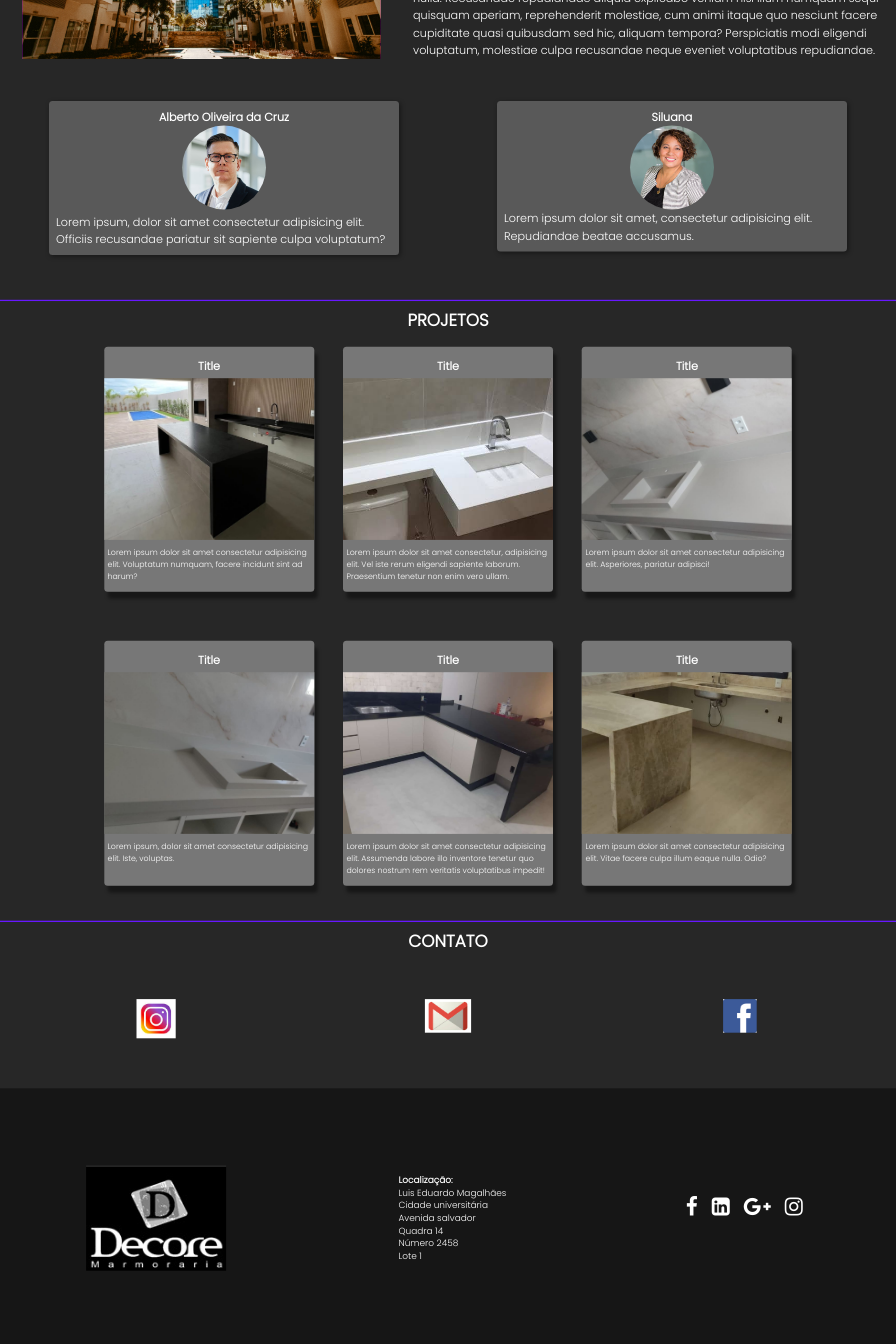
Repository: XFERRER7/projeto-xt7
Page: projetoMarmoraria/index.html
An editor plug-in stored every save of this project. The page is shown before and after the next save, followed by the edit.
The browser window is 1280 px wide. The pictures show the part of the page from y = 1035 to 2955 px (the page is 2979 px tall), at 70% of full size.
Some web libraries are served in a nearby version.

Above is the page before, as saved 2022-05-09 18:19:37.

### projetoMarmoraria/index.html
<!DOCTYPE html>
<html lang="pt-br">

<head>
  <meta charset="UTF-8">
  <meta http-equiv="X-UA-Compatible" content="IE=edge">
  <meta name="viewport" content="width=device-width, initial-scale=1.0">
  <title>Marmoraria Decore</title>
  <link rel="stylesheet" href="css/style.css">
  <link rel="stylesheet" href="https://cdnjs.cloudflare.com/ajax/libs/font-awesome/6.1.1/css/all.min.css"
    integrity="sha512-KfkfwYDsLkIlwQp6LFnl8zNdLGxu9YAA1QvwINks4PhcElQSvqcyVLLD9aMhXd13uQjoXtEKNosOWaZqXgel0g=="
    crossorigin="anonymous" referrerpolicy="no-referrer" />
  <link rel="stylesheet" href="https://cdnjs.cloudflare.com/ajax/libs/font-awesome/6.1.1/css/solid.min.css"
    integrity="sha512-qzgHTQ60z8RJitD5a28/c47in6WlHGuyRvMusdnuWWBB6fZ0DWG/KyfchGSBlLVeqAz+1LzNq+gGZkCSHnSd3g=="
    crossorigin="anonymous" referrerpolicy="no-referrer" />
  <link rel="stylesheet" href="https://cdnjs.cloudflare.com/ajax/libs/font-awesome/4.7.0/css/font-awesome.min.css" />

</head>

<body>

  <!-- ----------------------------------------------------------------------------------------------------------------- -->


  <!-- HEADER -->
  <header>
    <nav>
      <a class="logo" href="#">MARMORARIA <span id="decore">DECORE</span></a>
      <div class="mobile-menu">
        <div class="line1"></div>
        <div class="line2"></div>
        <div class="line3"></div>
      </div>
      <ul class="nav-list">
        <li><a href="#">Início</a></li>
        <li><a href="#">Sobre</a></li>
        <li><a href="#">Projetos</a></li>
        <li><a href="#">Contato</a></li>
      </ul>
    </nav>
    <div class="hero-section">
      <div class="hero-section-text">
        <h1 id="titulo-header">MARMORES SOB MEDIDA</h1>
        <p id="paragrafo-header">Lorem ipsum, dolor sit amet consectetur adipisicing elit.</p>
      </div>
    </div>
  </header>
  <!-- FIM DO HEADER -->


  <!-- ----------------------------------------------------------------------------------------------------------------- -->


  <!-- MAIN -->
  <main>

    <!-- SECTION B -->
    <section class="section-b">
      <h1 id="section-b-h1">SOBRE</h1>


      <!-- SOBRE PARA CELULAR -->
      <div class="cel">
        <div class="card" id="card-1"></div>
        <p class="text-sobre">Lorem ipsum dolor sit amet consectetur adipisicing elit. Aspernatur maxime illo architecto
          repellendus. Voluptatum ab magnam nihil suscipit, error quod iste dicta, quisquam fugiat, veritatis veniam
          aspernatur modi! Commodi aut officia optio reprehenderit hic sunt aspernatur ipsam minus, dicta qui omnis,
          ratione voluptatem quas sint labore. Temporibus id distinctio asperiores natus omnis earum amet. Obcaecati
          atque, a placeat necessitatibus dolorum labore rerum veritatis adipisci unde itaque iusto, voluptate quis
          tenetur voluptatibus doloremque at voluptates commodi! Ex recusandae repellat iste modi sapiente? Minus, ullam
          ad quia pariatur delectus quaerat velit sit labore aspernatur consequuntur possimus ipsum ipsam, vero ea
          expedita in sequi? Consequuntur iusto repellendus minus hic velit eum, veritatis molestias, sequi, laborum
          nisi consequatur. Dolore, amet placeat. Molestias molestiae aperiam soluta voluptatum odit voluptatem atque,
          repellendus asperiores maiores libero. Nulla odio alias reiciendis dolore cum deleniti beatae autem molestias
          earum minima accusamus nesciunt nostrum quos fugiat cupiditate molestiae, veniam doloremque.</p>
      </div>


      <!-- SOBRE PARA TELAS MAIORES -->
      <div class="imgtext">
        <div id="imgtext-img">
          <div id="content-imgtext-img"></div>
        </div>
        <div id="imgtext-text">
          <div id="content-imgtext-text">
            <p id="content-imgtext-text-p">Lorem ipsum dolor sit amet consectetur adipisicing elit. Odio non, itaque
              quae ut voluptas culpa quod amet dignissimos repellat consequuntur atque enim, nobis, commodi rerum. Quae
              iste repellat voluptatibus dignissimos numquam magnam et vel ratione temporibus, esse nihil eveniet a
              aperiam saepe enim debitis provident! Iure a accusantium voluptate doloribus, velit qui eum porro dicta
              ipsam quos facilis, id officiis molestiae est atque tempora, provident itaque explicabo voluptatem fugiat
              neque inventore eligendi. Reprehenderit fugit quod ratione fugiat inventore facere possimus fuga maiores
              recusandae, illum quaerat dolorum unde ipsa dolore asperiores alias nemo temporibus porro quam autem
              voluptate cumque velit optio nulla. Recusandae repudiandae aliquid explicabo veniam nisi illum numquam
              sequi quisquam aperiam, reprehenderit molestiae, cum animi itaque quo nesciunt facere cupiditate quasi
              quibusdam sed hic, aliquam tempora? Perspiciatis modi eligendi voluptatum, molestiae culpa recusandae
              neque eveniet voluptatibus repudiandae.</p>
          </div>
        </div>

      </div>

      <div class="container-about-person">

        <div class="about-person">
          <h4>Alberto Oliveira da Cruz</h4>
          <div class="img-person" id="person-1"></div>
          <p class="p-about-person">Lorem ipsum, dolor sit amet consectetur adipisicing elit. Officiis recusandae
            pariatur sit sapiente culpa voluptatum?</p>
        </div>

        <div class="about-person">
          <h4>Siluana</h4>
          <div class="img-person" id="person-2"></div>
          <p>Lorem ipsum dolor sit amet, consectetur adipisicing elit. Repudiandae beatae accusamus.</p>
        </div>

      </div>
    </section>


    <div class="divisa"></div>


    <!-- SECTION A -->
    <section class="section-a">
      <h1 id="section-a-h1">PROJETOS</h1>

      <!-- Container dos cards -->
      <div class="container-cards-main">

        <!-- Card 1 -->
        <div class="card-main">
          <h4 class="title-card">Title</h4>
          <div id="card-img-1"></div>
          <p class="descricao-card">Lorem ipsum dolor sit amet consectetur adipisicing elit. Voluptatum numquam, facere
            incidunt sint ad harum?</p>
        </div>

        <!-- Card 2 -->
        <div class="card-main">
          <h4 class="title-card">Title</h4>
          <div id="card-img-2"></div>
          <p class="descricao-card">Lorem ipsum dolor sit amet consectetur, adipisicing elit. Vel iste rerum eligendi
            sapiente laborum. Praesentium tenetur non enim vero ullam.</p>
        </div>

        <!-- Card 3 -->
        <div class="card-main">
          <h4 class="title-card">Title</h4>
          <div id="card-img-3"></div>
          <p class="descricao-card">Lorem ipsum dolor sit amet consectetur adipisicing elit. Asperiores, pariatur
            adipisci!</p>
        </div>

        <!-- Card 4 -->
        <div class="card-main">
          <h4 class="title-card">Title</h4>
          <div id="card-img-4"></div>
          <p class="descricao-card">Lorem ipsum, dolor sit amet consectetur adipisicing elit. Iste, voluptas.</p>
        </div>

        <!-- Card 5 -->
        <div class="card-main">
          <h4 class="title-card">Title</h4>
          <div id="card-img-5"></div>
          <p class="descricao-card">Lorem ipsum dolor sit amet consectetur adipisicing elit. Assumenda labore illo
            inventore tenetur quo dolores nostrum rem veritatis voluptatibus impedit!</p>
        </div>

        <!-- Card 6 -->
        <div class="card-main">
          <h4 class="title-card">Title</h4>
          <div id="card-img-6"></div>
          <p class="descricao-card">Lorem ipsum dolor sit amet consectetur adipisicing elit. Vitae facere culpa illum
            eaque nulla. Odio?</p>
        </div>
      </div>
    </section>



    <div class="divisa"></div>


    <!-- SECTION C -->
    <section class="section-c">
      <h1 id="section-c-h1">CONTATO</h1>
      <div id="main-div-img">
        <a href="#" target="_blank" class="media"><img src="img/logo-instagram.jpg" alt="insta-img" class="div-img"></a>
        <a href="#" target="_blank" class="media"><img src="img/logo-gmail.jpg" alt="gmail-img" class="div-img"></a>
        <a href="#" target="_blank" class="media"><img src="img/logo-facebook.png" alt="face-img" class="div-img"
            id="img-face"></a>
      </div>
    </section>

  </main>
  <!-- FIM DO MAIN -->

  <!-- ----------------------------------------------------------------------------------------------------------------- -->

  <footer>
    <div class="container-footer">

      <div class="footer-up">
        <div class="footer-a block-footer-up">
          <div id="img-footer"></div>
        </div>
        <div class="footer-b block-footer-up">
          <h4>Localização:</h4>
          <p class="footer-b-p">Luis Eduardo Magalhães</p>
          <p class="footer-b-p">Cidade universitária</p>
          <p class="footer-b-p">Avenida salvador</p>
          <p class="footer-b-p">Quadra 14</p>
          <p class="footer-b-p">Número 2458</p>
          <p class="footer-b-p">Lote 1</p>
        </div>
        <div class="footer-c block-footer-up">
          <ul class="footer-c-list">
            <li><a href="#" class="medias"><i class="fa fa-facebook"></i></a></li>
            <li><a href="#" class="medias"><i class="fa fa-linkedin-square"></i></a></li>
            <li><a href="#" class="medias"><i class="fa fa-google-plus"></i></a></li>
            <li><a href="#" class="medias"><i class="fa fa-instagram"></i></a></li>
        </ul>
        </div>
      </div>

      <div id="footer-sub">
        <p>Copyright &copy; Desenvolvido por <span>Alexandre Talles</span></p>
      </div>






    </div>
  </footer>
  <script src="js/menu-bar.js"></script>
  <script src="js/changeText.js"></script>

</body>

</html>

### projetoMarmoraria/css/style.css
@import url('https://fonts.googleapis.com/css2?family=Poppins:ital,wght@0,300;1,100&display=swap');
@import url('https://fonts.googleapis.com/css2?family=Barlow:ital,wght@1,500&display=swap');

* {
  margin: 0;
  padding: 0;
  box-sizing: border-box;
  font-family: 'Poppins', sans-serif;
}

body {
  background-color: #272727;
  color: #ffffff;
}

::-webkit-scrollbar {
  width: 15px;
}

::-webkit-scrollbar-track {
  background: #000000;

}

::-webkit-scrollbar-thumb {
  background: rgb(154, 2, 255);
  border-radius: 3px;
}

/*----------------------------------MENU-BAR----------------------------------*/
nav a {
  color: rgb(37, 37, 37);
  text-decoration: none;
  transition: 0.8s;
}

nav a:hover {
  color: blue;
  opacity: 0.7;
}

.logo {
  font-size: 1.5em;
  text-transform: uppercase;
  color: rgb(26, 26, 26);
}

#decore {
  font-family: 'Barlow', sans-serif;
  color: #6817ff;
}

nav {
  display: flex;
  justify-content: space-around;
  align-items: center;
  font-family: 'Poppins', sans-serif;
  background: #ededed;
  height: 10vh;
  position: sticky;
  top: 0;
}


.nav-list {
  list-style: none;
  display: flex;
}

.nav-list li {
  letter-spacing: 3px;
  margin-left: 32px;
}

.mobile-menu {
  display: none;
  cursor: pointer;
}

.mobile-menu div {
  width: 32px;
  height: 2px;
  background: rgb(20, 24, 255);
  margin: 8px;
  transition: 0.3s;
}

@media (max-width: 999px) {
  body {
    overflow-x: hidden;
  }

  .nav-list {
    overflow-x: hidden;
    position: fixed;
    top: 10vh;
    right: 0;
    width: 50vw;
    height: 40vh;
    background: #ededed;
    flex-direction: column;
    align-items: center;
    justify-content: space-around;
    transform: translateX(100%);
    transition: transform 0.3s ease-in;
  }

  .nav-list li {
    margin-left: 0;
    opacity: 0;
  }

  .mobile-menu {
    display: block;
  }
}

@media (max-width: 300px) {
  .logo {
    font-size: 0.8rem;
  }
}

.nav-list.active {
  transform: translateX(0);
}

@keyframes navLinkFade {
  from {
    opacity: 0;
    transform: translateX(50px);
  }

  to {
    opacity: 1;
    transform: translateX(0);
  }
}

.mobile-menu.active .line1 {
  transform: rotate(-45deg) translate(-8px, 8px);
}

.mobile-menu.active .line2 {
  opacity: 0;
}

.mobile-menu.active .line3 {
  transform: rotate(45deg) translate(-5px, -7px);
}

/*------------------------------IMAGEM DO HEADER------------------------------*/
.hero-section {
  background-image: linear-gradient(to bottom, rgba(0, 0, 0, 0.516), rgba(0, 0, 0, 0.516)), url(../img/img-header.jpg);
  background-position: 50%;
  background-repeat: no-repeat;
  background-size: cover;
  height: 90vh;
  text-align: center;
  display: -webkit-flex;
  display: -ms-flexbox;
  display: flex;
  -webkit-align-items: center;
  -ms-flex-align: center;
  align-items: center;
  -webkit-justify-content: center;
  -ms-flex-pack: center;
  justify-content: center;
}

#titulo-header {
  font-size: 2.3rem;
}

#paragrafo-header {
  font-size: 0.8rem;
}

.hero-section .hero-section-text {
  color: #fefefe;
  text-shadow: 1px 1px 2px #0a0a0a;
}


main {
  margin: 0;
  padding: 0;
  width: 100%;
}

/*------------------------------------Sobre------------------------------------*/

.section-b {
  background-color: #272727;
  color: #ffffff;
  margin-bottom: 5%;
}

#section-b-h1 {
  text-align: center;
  padding-top: 10px;
}

.imgtext {
  display: flex;
  margin-top: 10px;
  margin-bottom: 10px;
  height: 55%;
  margin-top: 30px;
}

#imgtext-img {
  width: 50%;
}

#imgtext-text {
  height: 100%;
  width: 50%;

}

#content-imgtext-img {
  background-color: #cd06ff;
  background-image: url(../img/img-sobre.jpg);
  background-position: center;
  background-repeat: no-repeat;
  background-size: cover;
  height: 100%;
  width: 80%;
  margin-left: 5%;
}

#content-imgtext-text {
  margin-left: -50px;
}



@media (max-width: 999px) {

  .imgtext {
    display: none;
  }

  div.card {
    width: 90%;
    height: 250px;
    background-color: #000000;
    margin: 10px 20px 0px 0px;
    background-size: cover;
    background-position: center center;
    border-radius: 5px;
  }

  div.card:hover {
    transform: scale(1.05);
    transition: all 0.5s ease-in-out;
  }

  #card-1 {
    background-image: url(../img/img-sobre.jpg);
    margin-left: 20px;
  }

  .text-sobre {
    padding: 1.2rem;
    margin: auto;
  }


}

@media (min-width: 999px) {
  .card {
    display: none;
  }

  .cel {
    display: none;
  }

}

.divisa {
  height: 2px;
  background-color: #6817ff;
}

.container-about-person {
  display: flex;
  flex-wrap: wrap;
  margin-top: 45px;
}

.about-person {
  background-color: #a1a1a169;
  box-shadow: 2px 2px 8px rgba(0, 0, 0, 0.438);
  border-radius: 5px;
  min-height: 200px;
  width: 500px;
  margin: auto;
  display: flex;
  align-items: center;
  justify-content: center;
  flex-direction: column;
  padding: 10px;
  margin-top: 15px;
}

.img-person {
  background-position: center top;
  background-repeat: no-repeat;
  background-size: cover;
  border-radius: 50%;
  width: 120px;
  height: 120px;
}

.p-about-person {
  margin-top: 5px;
}

/*Arrumar img-person*/

#person-1 {
  background-image: url(../img/ceo-1.jpg);
}

#person-2 {
  background-image: url(../img/ceo-2.jpg);
  background-position: center;
}

/*------------------------------Projetos------------------------------*/

.section-a {
  background-color: #272727;
}

#section-a-h1 {
  text-align: center;
  padding-top: 10px;
}

.container-cards-main {
  width: 80%;
  margin: auto;
  display: flex;
  flex-wrap: wrap;
}

.card-main {
  height: 350px;
  background-color: #cfcfcf7a;
  width: 300px;
  margin: 20px auto;
  margin-bottom: 50px;
  border-radius: 5px;
  padding: 10px 0px 10px 0px;
  box-shadow: 5px 10px 5px rgba(0, 0, 0, 0.404);
  transition: all 0.8s ease;

}

.card-main:hover {
  transform: scale(1.03);
}


.title-card {
  padding: 5px;
  text-align: center;
}

.descricao-card {
  padding: 10px 5px 10px 5px;
  font-size: 0.7rem;

}

#card-img-1 {
  height: 70%;
  background-image: url(../img/1.jpeg);
  background-position: center center;
  background-repeat: no-repeat;
  background-size: cover;
}

#card-img-2 {
  height: 70%;
  background-image: url(../img/2.jpeg);
  background-position: center center;
  background-repeat: no-repeat;
  background-size: cover;
}

#card-img-3 {
  height: 70%;
  background-image: url(../img/3.jpeg);
  background-position: center center;
  background-repeat: no-repeat;
  background-size: cover;
}

#card-img-4 {
  height: 70%;
  background-image: url(../img/4.jpeg);
  background-position: bottom center;
  background-repeat: no-repeat;
  background-size: cover;
}

#card-img-5 {
  height: 70%;
  background-image: url(../img/5.jpeg);
  background-position: center center;
  background-repeat: no-repeat;
  background-size: cover;
}

#card-img-6 {
  height: 70%;
  background-image: url(../img/6.jpeg);
  background-position: center center;
  background-repeat: no-repeat;
  background-size: cover;
}

@media (max-width: 999px) {
  .card-main {
    height: 450px;
    width: 400px;


  }

}

/*-----------------------------------Contato-----------------------------------*/

.section-c {
  background-color: #272727;

}

#section-c-h1 {
  text-align: center;
  padding-top: 10px;
  margin-bottom: 50px;
}

#main-div-img {
  display: grid;
  grid-template-columns: repeat(3, 1fr);
  justify-items: center;
  padding: 15px;
  margin-bottom: 50px;
}

.div-img {
  display: inline-block;
  width: 25%;
  text-align: center;
}

.div-linha {
  height: 2px;
  width: 100%;
}

.media {
  text-align: center;
}

/*-----------------------------------Footer-----------------------------------*/

.container-footer {
  background-color: #0a0a0a;
  color: #fff;
  font-size: 0.8rem;
  display: flex;
  align-items: center;
  justify-content: center;
  flex-direction: column;
}

.footer-up {
  background-color: #161616;
  height: 98%;
  width: 100%;
  display: flex;
  align-items: center;
  flex-direction: row;
}

.block-footer-up {
  padding: 10px;
  margin: 100px auto;
}

#footer-sub {
  background-color: #6817ff;
  width: 100%;
  text-align: center;
}

#img-footer {
  background-image: url(../img/img-footer.jpeg);
  background-repeat: no-repeat;
  background-position: center;
  background-size: cover;
  height: 150px;
  width: 200px;
}

.footer-c-list {
  list-style: none;
  display: flex;
  align-items: center;
  justify-content: center;
  margin: 1rem 0 3rem 0;
}

.footer-c-list li {
  margin: 0 10px;
}

.footer-c-list a {
  color: #ffffff;
  text-decoration: none;
}

.footer-c-list a:hover i {
  color: #f01872;
  transition: 0.5s ease;
}

.medias {
  font-size: 30px;
}

@media (max-width: 999px) {
  .footer-up {
    flex-direction: column;
  }

  .block-footer-up {
    padding: 10px;
    margin: 10px auto;
  }

}

### projetoMarmoraria/js/menu-bar.js
class MobileNavbar {
  constructor(mobileMenu, navList, navLinks) {
    this.mobileMenu = document.querySelector(mobileMenu);
    this.navList = document.querySelector(navList);
    this.navLinks = document.querySelectorAll(navLinks);
    this.activeClass = "active";

    this.handleClick = this.handleClick.bind(this);
  }

  animateLinks() {
    this.navLinks.forEach((link, index) => {
      link.style.animation
        ? (link.style.animation = "")
        : (link.style.animation = `navLinkFade 0.5s ease forwards ${
            index / 7 + 0.3
          }s`);
    });
  }

  handleClick() {
    this.navList.classList.toggle(this.activeClass);
    this.mobileMenu.classList.toggle(this.activeClass);
    this.animateLinks();
  }

  addClickEvent() {
    this.mobileMenu.addEventListener("click", this.handleClick);
  }

  init() {
    if (this.mobileMenu) {
      this.addClickEvent();
    }
    return this;
  }
}

const mobileNavbar = new MobileNavbar(
  ".mobile-menu",
  ".nav-list",
  ".nav-list li",
);
mobileNavbar.init();

### projetoMarmoraria/js/changeText.js
function mudarTextoLbl1() {
  document.getElementById('descricao').textContent = "Lorem ipsum dolor sit amet consectetur adipisicing elit. Hic, nisi exercitationem harum officia facilis nihil vitae eligendi provident architecto quis quod unde quas incidunt assumenda corporis iste repudiandae esse voluptatibus?";
}
function mudarTextoLbl2() {
  document.getElementById('descricao').textContent = "Lorem ipsum dolor sit, amet consectetur adipisicing elit. Sapiente distinctio ipsa incidunt non exercitationem laboriosam animi id accusamus placeat, commodi, veniam rerum ut! Fugiat tenetur unde nihil minima fuga veniam odio nulla pariatur eum reiciendis.";
}
function mudarTextoLbl3() {
  document.getElementById('descricao').textContent = "Lorem ipsum dolor sit amet consectetur adipisicing elit. Quas nisi saepe nobis? Maxime blanditiis illo animi tempora maiores expedita qui eum, iusto, ratione odit quia repellendus delectus voluptate nobis nam tenetur, officiis magnam quisquam fugiat dicta nisi id natus. Magnam.";
}
function mudarTextoLbl4() {
  document.getElementById('descricao').textContent = "Lorem ipsum dolor sit amet, consectetur adipisicing elit. Quos eius dolor libero iste impedit nesciunt animi totam corporis id quod.";
}
function mudarTextoLbl5() {
  document.getElementById('descricao').textContent = "Lorem ipsum dolor sit amet, consectetur adipisicing elit. Obcaecati nulla quos quia? Consectetur laudantium illum asperiores excepturi. Itaque ab, rem tempore ullam, fugit aspernatur est alias quaerat expedita nulla, unde recusandae dolore quidem reiciendis atque?";
}

After the next save:
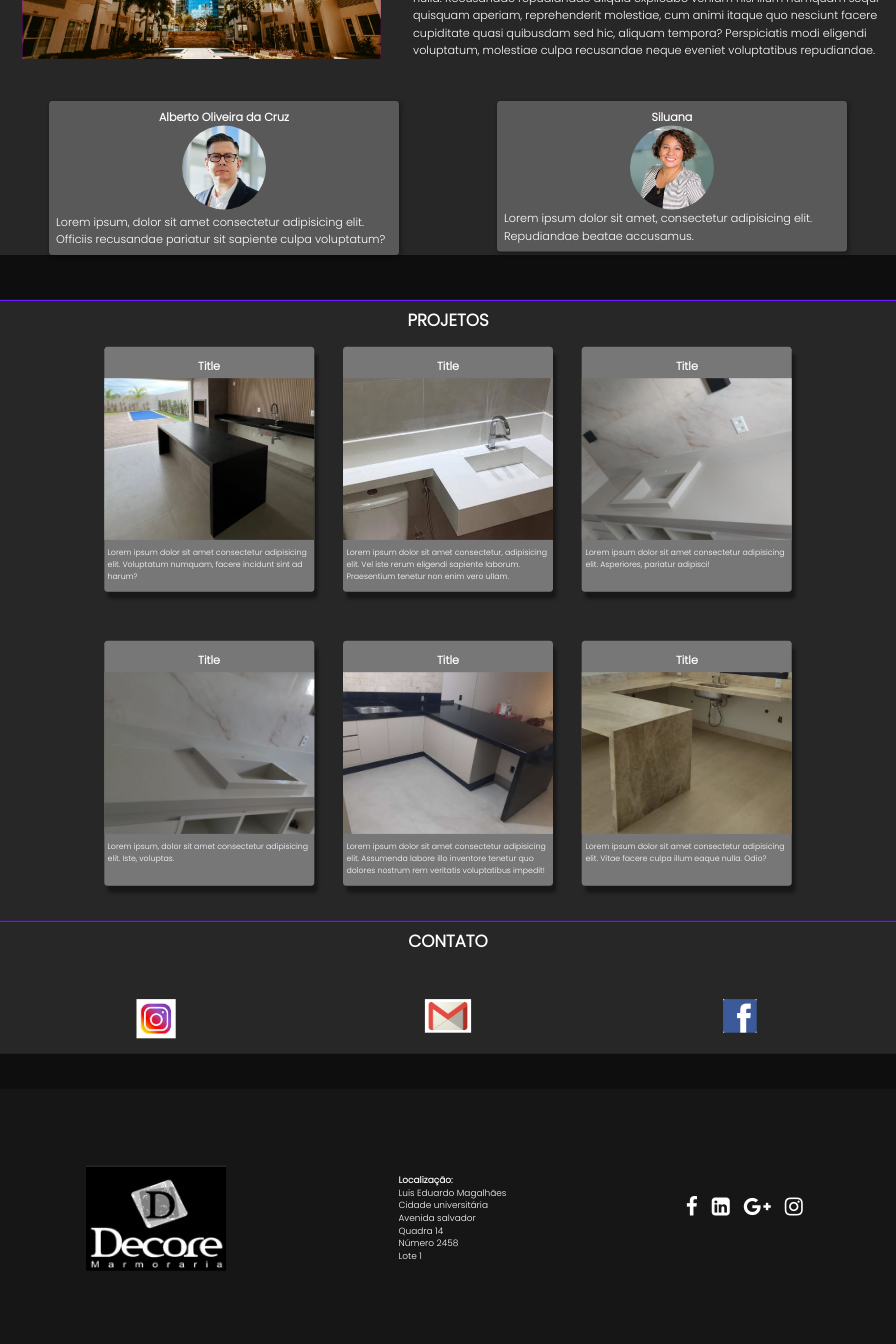
Saved 11 s later.
--- a/projetoMarmoraria/css/style.css
+++ b/projetoMarmoraria/css/style.css
@@ -9,7 +9,7 @@
 }
 
 body {
-  background-color: #272727;
+  background-color: #0f0e0e;
   color: #ffffff;
 }
 
